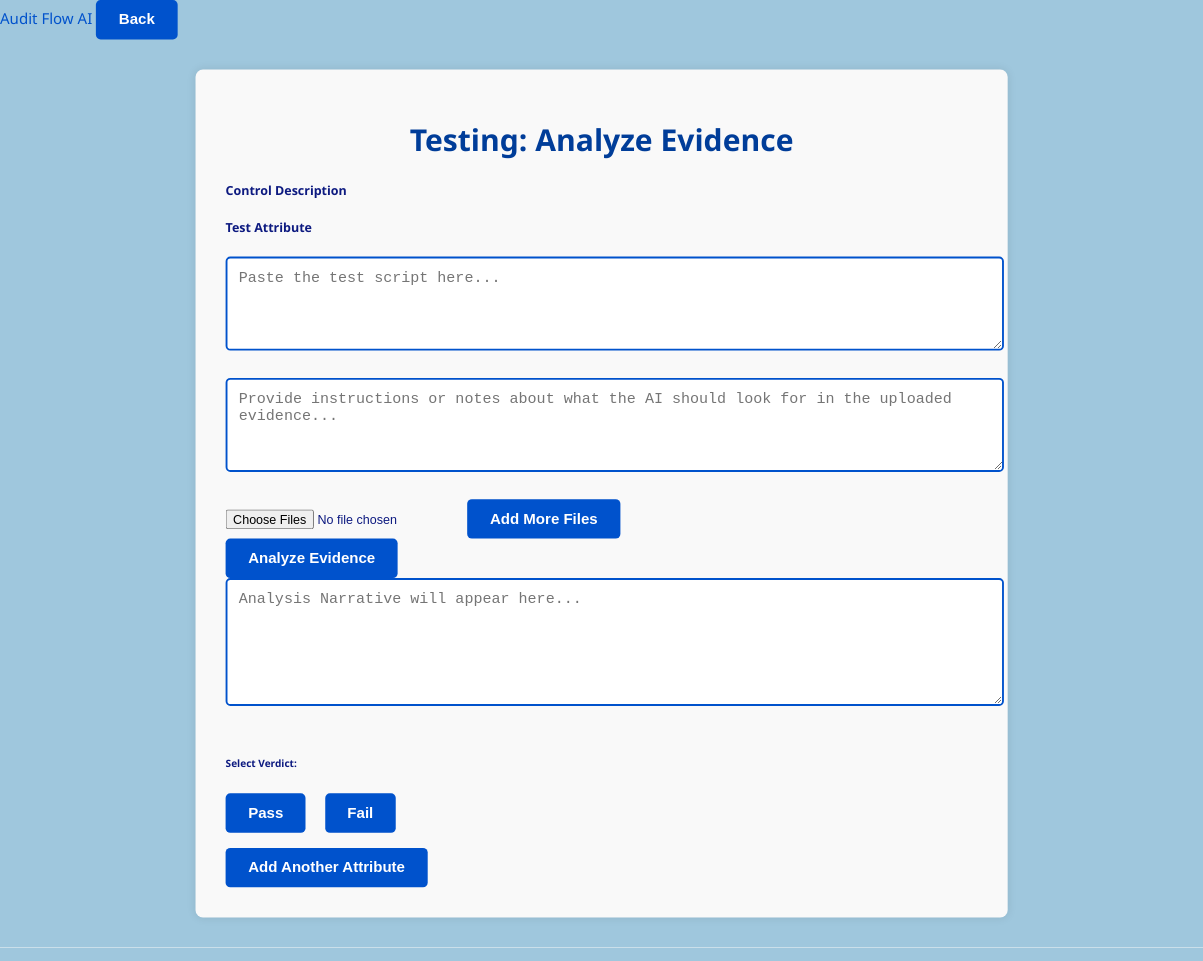
Repository: Adeolaode0/Audit-Flow-AI
Page: http://localhost/testing
An editor plug-in stored every save of this project. The page is shown before and after the next save, followed by the edit.
The browser window is 1280 px wide. The pictures show the whole page, at 94% of full size.
The page is served by the project's application, run on Flask 3 (app.py).

Above is the page before, as saved 2025-07-13 22:49:23.

After the next save:
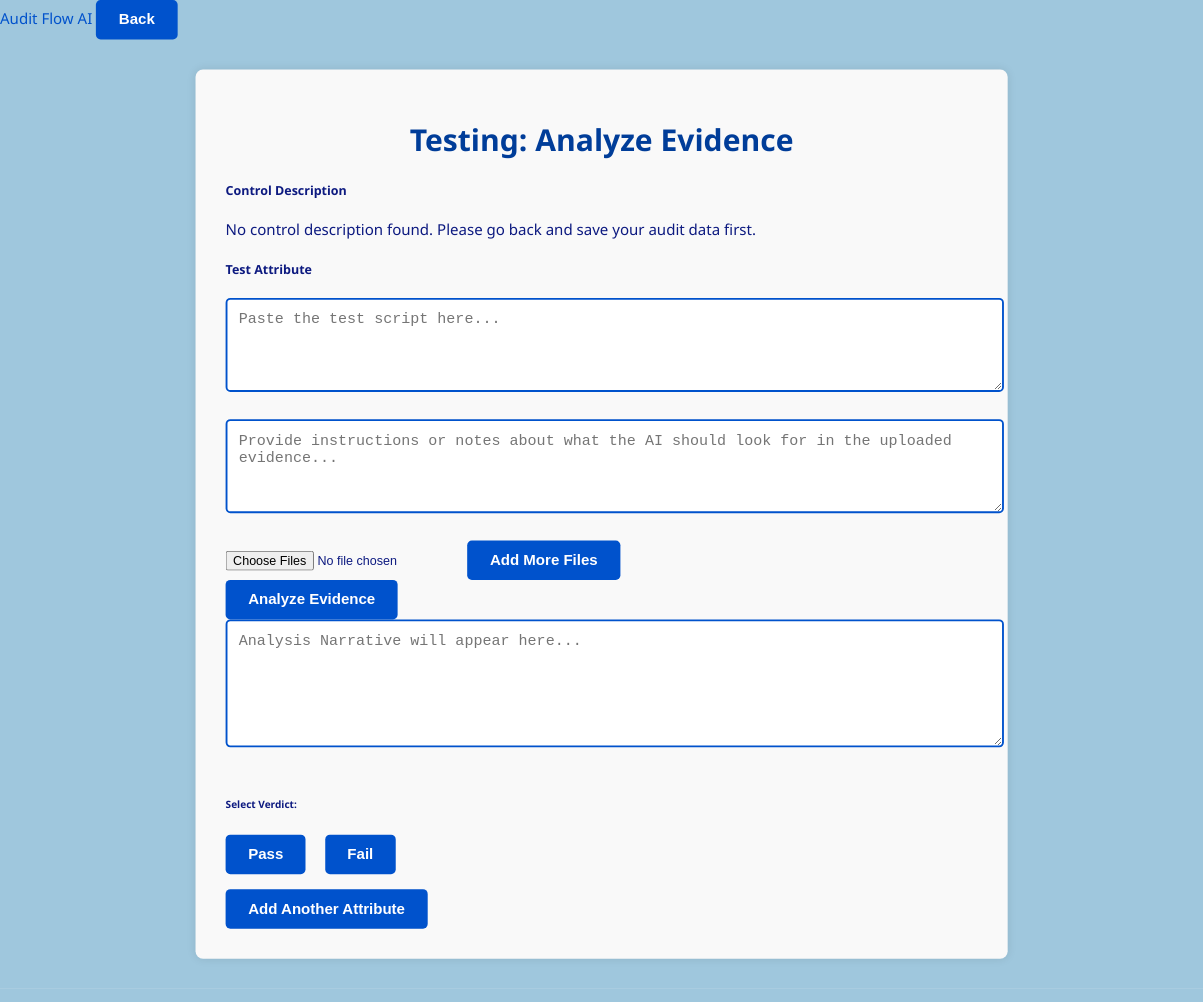
Saved 5 min 36 s later.
--- a/templates/testing.html
+++ b/templates/testing.html
@@ -20,7 +20,7 @@
         <div class="card mb-3">
             <div class="card-body">
                 <h5 class="card-title">Control Description</h5>
-                <p id="controlDescription">{{ control_description }}</p>
+                <p id="controlDescriptionDisplay" class="card-text">Loading control description...</p>
             </div>
         </div>
 
@@ -56,6 +56,23 @@
         <button id="addAttributeButton" class="btn btn-secondary">Add Another Attribute</button>
     </div>
     <script>
+        // Load control description from localStorage on page load
+        window.addEventListener("load", () => {
+            const savedData = localStorage.getItem("auditData");
+            if (savedData) {
+                try {
+                    const data = JSON.parse(savedData);
+                    const controlDescription = data.control_description || "No control description available.";
+                    document.getElementById("controlDescriptionDisplay").innerText = controlDescription;
+                } catch (error) {
+                    console.error("Error loading saved data:", error);
+                    document.getElementById("controlDescriptionDisplay").innerText = "Error loading control description.";
+                }
+            } else {
+                document.getElementById("controlDescriptionDisplay").innerText = "No control description found. Please go back and save your audit data first.";
+            }
+        });
+
         // Navigate back to the previous page
         document.getElementById("backButton").addEventListener("click", () => {
             window.location.href = "/";
